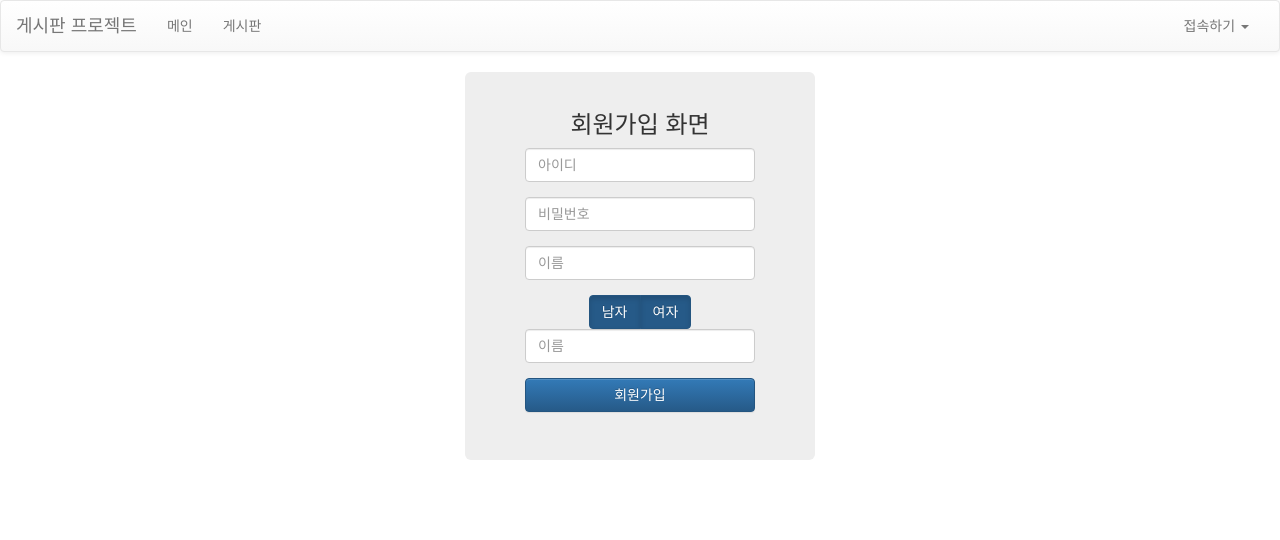
Repository: Seok7975/JSP-Education
Page: http://localhost/BBS/join.jsp
An editor plug-in stored every save of this project. The page is shown before and after the next save, followed by the edit.
The browser window is 1280 px wide. The pictures show the whole page.
Some web libraries are served in a nearby version. The page is served by Tomcat 9.

Above is the page before, as saved 2024-06-05 05:01:52.

After the next save:
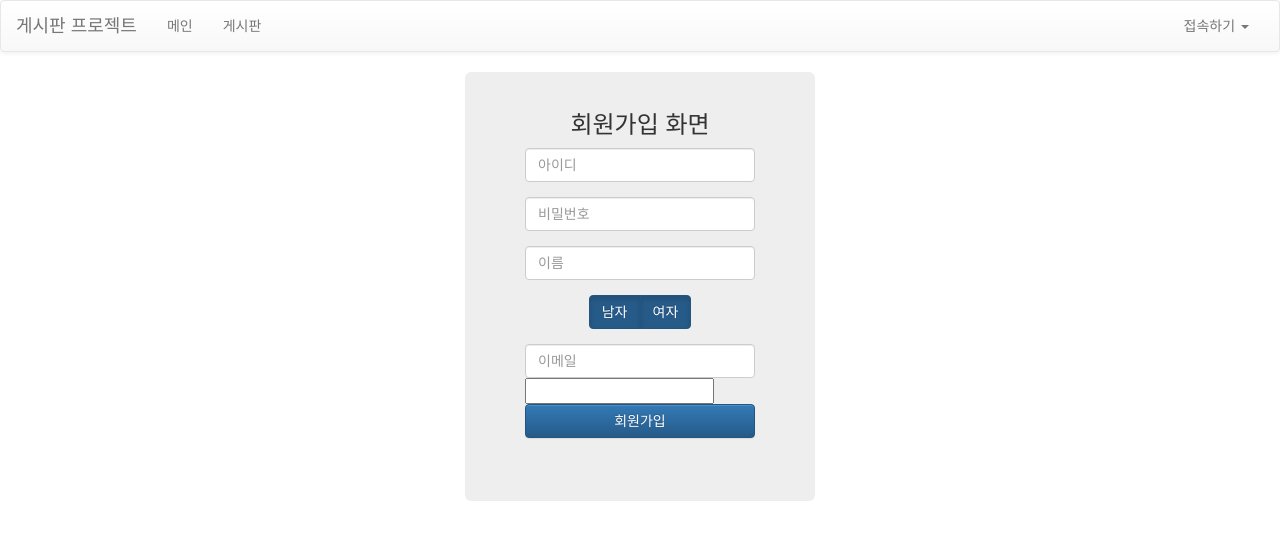
Saved 16 min 19 s later.
--- a/List_Projects/BBS/src/main/webapp/join.jsp
+++ b/List_Projects/BBS/src/main/webapp/join.jsp
@@ -49,7 +49,7 @@
 		<div class="col-lg-4"></div>
 		<div class="col-lg-4">
 			<div class="jumbotron" style="padding-top: 20px;">
-				<form method="post" action="loginAction.jsp">
+				<form method="post" action="joinAction.jsp">
 					<h3 style="text-align: center;">회원가입 화면</h3>
 					<div class="form-group">
 						<input type="text" class="form-control" placeholder="아이디" name="userID" maxlength="20">
@@ -69,7 +69,10 @@
 								<input type="radio" name="userGender" autocomplete="off" value="여자" checked>여자
 							</label>
 						</div>
-						<input type="text" class="form-control" placeholder="이름" name="userName" maxlength="20">
+					</div>
+					<div class="form-group">
+						<input type="email" class="form-control" placeholder="이메일" name="userEmail" maxlength="20">
+						<input type=""
 					</div>
 					<input type="submit" class="btn btn-primary form-control" value="회원가입">
 				</form>
